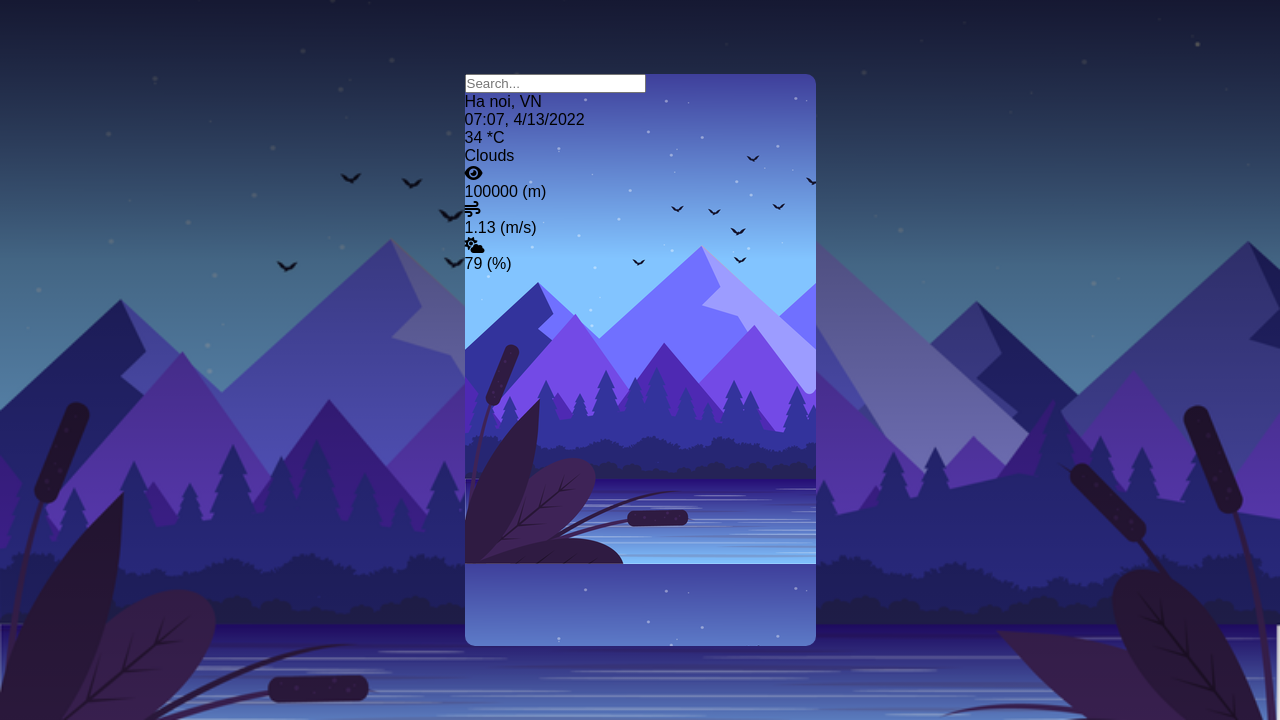
Repository: nganha241/weather-app
Page: index.html
These files come from the project's save history. The page is drawn as it stood at one moment and after a run of saves; the edit follows.
The browser window is 1280 px wide. The pictures show the whole page.
Some web libraries are served in a nearby version.

Above is the page before, as saved 2022-04-13 08:24:54.

### index.html
<!DOCTYPE html>
<html lang="en">
  <head>
    <meta charset="UTF-8" />
    <meta http-equiv="X-UA-Compatible" content="IE=edge" />
    <meta name="viewport" content="width=device-width, initial-scale=1.0" />
    <title>Document</title>
    <link rel="stylesheet" href="./style.css" />
  </head>
  <body>
    <div id="weather">
      <div class="header">
        <input type="text" placeholder="Search..." />
      </div>
      <div class="content">
        <div class="city">Ha noi, <span class="country">VN</span></div>
        <div class="time">07:07, <span class="date">4/13/2022</span></div>

        <div class="deg">34 *C</div>
        <div class="status">Clouds</div>
      </div>
      <div class="footer">
        <div class="detail">
          <div class="distance">
            <div><i class="fa-solid fa-eye"></i></div>
            <div>100000 <span>(m)</span></div>
          </div>
          <div class="speed">
            <div><i class="fa-solid fa-wind"></i></div>
            <div>1.13 <span>(m/s)</span></div>
          </div>
          <div class="humidity">
            <div><i class="fa-solid fa-cloud-sun"></i></div>
            <div>79 <span>(%)</span></div>
          </div>
        </div>
      </div>
    </div>
    <script
      src="https://kit.fontawesome.com/ae971d7ee0.js"
      crossorigin="anonymous"
    ></script>
    <script src="./main.js"></script>
  </body>
</html>

### style.css
* {
    padding: 0;
    margin: 0;
    box-sizing: border-box;
}

body {
    font-family: sans-serif;
    height: 100vh;
    display: flex;
    justify-content: center;
    align-items: center;
    background: linear-gradient(to bottom, rgba(0, 0, 0, 0.7), rgba(0, 0, 0, 0.1)), url(./img1.png) no-repeat center/cover;
}

#weather {
    width: 351px;
    height: 572px;
    border: none;
    border-radius: 10px;
    background: url(./img1.png);
    object-fit: fill;
}

Loaded but not shown: main.js (no copy from this time; the picture is the same without it)

After the next 6 saves:
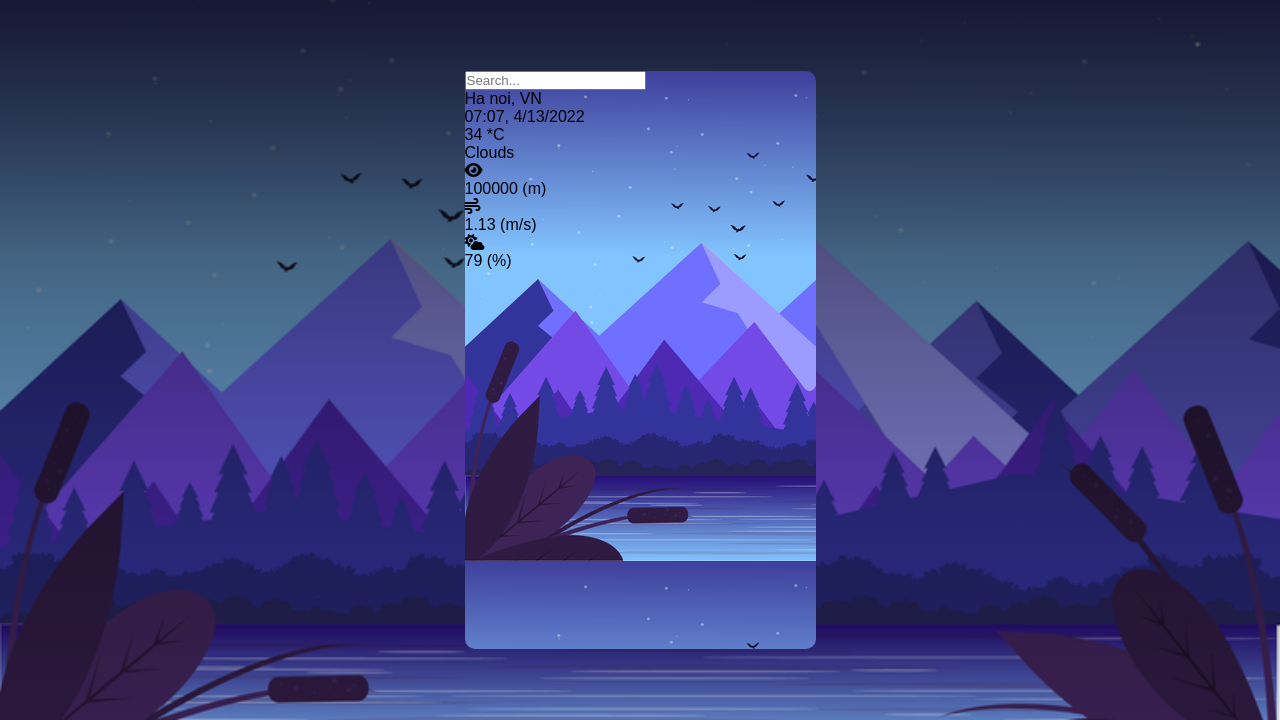
The 6 saves are shown as one change because they came seconds apart.
The last was saved 23 s later.
--- a/style.css
+++ b/style.css
@@ -15,7 +15,7 @@ body {
 
 #weather {
     width: 351px;
-    height: 572px;
+    height: 578px;
     border: none;
     border-radius: 10px;
     background: url(./img1.png);
